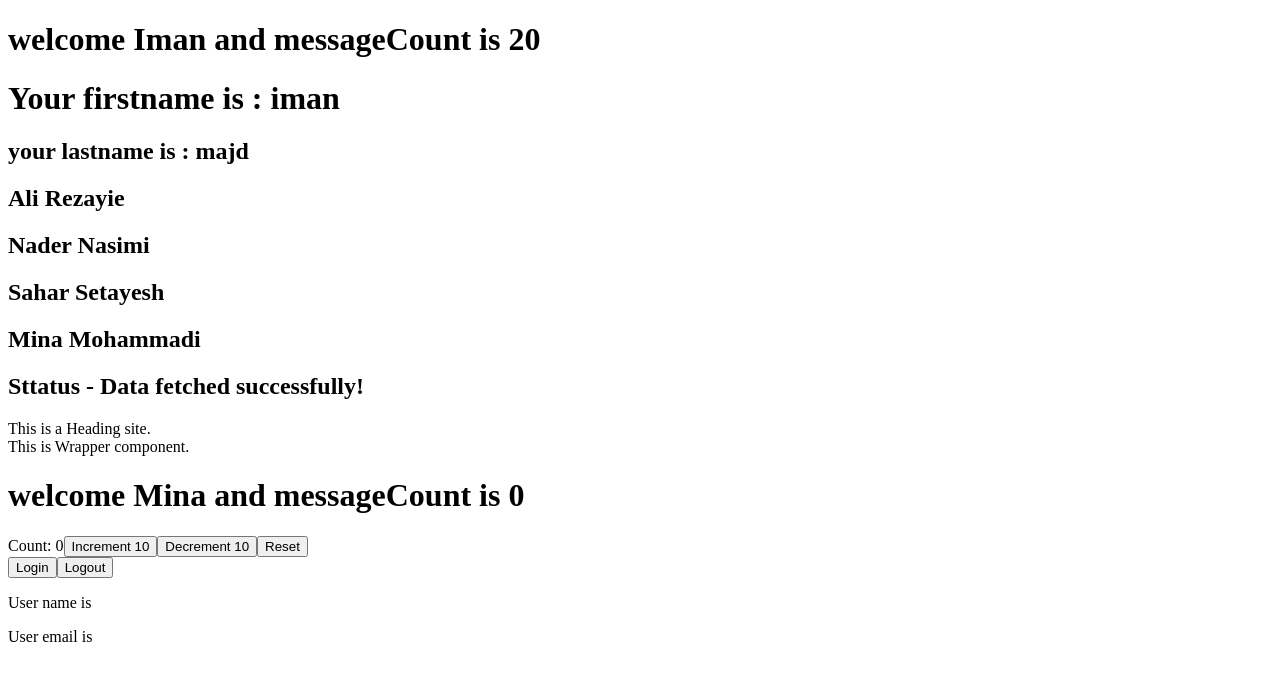
Repository: imangame2125/Typescript-learn-course
Page: /
These files come from the project's save history. The page is drawn as it stood at one moment and after a run of saves; the edit follows.
The browser window is 1280 px wide. The pictures show the whole page.
The project was rebuilt for these pictures with package versions that can differ from the ones it lists, and the page was loaded fresh each time.

Above is the page before, as saved 2023-09-30 18:18:08.

### src/App.tsx
import React from "react";
import { Greet } from "./components/pages/Greet";
import Person from "./components/pages/Person";
import PersonList from "./components/pages/PersonList";
import Status from "./components/pages/Status";
import Heading from "./components/pages/Heading";
import { Wrapper } from "./components/pages/Wrapper";
import User from "./components/pages/User";
import Container from "./components/pages/Counter";

function App() {
  const personName = {
    firstName: "iman",
    lastName: "majd",
  };

  const nameList = [
    {
      firstName:'Ali',
      lastName:'Rezayie'
    },


    {
      firstName:'Nader',
      lastName:'Nasimi'
    },


    {
      firstName:'Sahar',
      lastName:'Setayesh'
    },



    {
      firstName:'Mina',
      lastName:'Mohammadi'
    },
  ]
  return (
    <div className="App">
      <Greet name="Iman" messageCount={20} isLoggedIn={true} family={0} />
      <Person name={personName} />
      <PersonList names={nameList}/>
      <Status status="success"/>
      <Heading>
        This is a Heading site.
      </Heading>
      <Wrapper>
        <Heading>This is Wrapper component.</Heading>
      </Wrapper>
      <Greet name='Mina' isLoggedIn={true} family={0}/>
      <Container/>
      <User/>
    </div>
  );
}

export default App;

### src/components/pages/Greet.tsx
import React from "react";
import { GreetProps } from "../types/GreetProps";

//optional props

export const Greet = ({ name, messageCount = 0, isLoggedIn }: GreetProps) => {
  return (
    <div>
      {isLoggedIn ? (
        <h1>{`welcome ${name} and messageCount is ${messageCount}`}</h1>
      ) : (
        <h2>its bad...</h2>
      )}
    </div>
  );
};

### src/components/pages/Person.tsx
import React from "react";
import { PersonProps } from "../types/PersonProps";

const Person = ({ name: { firstName, lastName } }: PersonProps) => {
  return (
    <div>
      <h1>Your firstname is : {firstName}</h1>
      <h2>your lastname is : {lastName}</h2>
    </div>
  );
};

export default Person;

### src/components/pages/PersonList.tsx
import React from 'react'
import { Name } from '../types/PersonLIstProps'

type PersonsListProps = {
  names:Name[]
}

const PersonList = ({names}:PersonsListProps) => {
  return (
    <div>
        {names.map((name)=>{
            return(
                <h2 key={name.firstName}>{name.firstName} {name.lastName}</h2>
            )
        })}
    </div>
  )
}

export default PersonList

### src/components/pages/Status.tsx
import React from "react";
import { StatusProps } from "../types/StatusProps";
//a Union of string literals

const Status = ({ status }: StatusProps) => {
  let message;
  if (status === "loading") {
    message = "Loading...";
  } else if (status === "success") {
    message = "Data fetched successfully!";
  } else if (status === "error") {
    message = "Error fetching data";
  }
  return (
    <div>
        <h2>Sttatus - {message}</h2>
    </div>
  );
};

export default Status;

### src/components/pages/Heading.tsx
import React from "react";
import { HeadingProps } from "../types/HeadingProps";

//children props
const Heading = ({ children }: HeadingProps) => {
  return <div>{children}</div>;
};

export default Heading;

### src/components/pages/Wrapper.tsx
import React from "react";
import { WrapperProps } from "../types/WrapperProps";
//children props when type is React.ReactNode

export const Wrapper = ({ children }: WrapperProps) => {
  return <div>{children}</div>;
};

### src/components/pages/User.tsx
import React, { useState } from "react";
// import { UserProps } from "../types/UserProps";

type UserProps = {
  name: string;
  email: string;
};

const User = () => {
  const [user, setUser] = useState<UserProps>({} as UserProps);
  const handleLogin = () => {
    setUser({
      name: "iman",
      email: "imanclever51@gmail.com",
    });
  };

  const handleLogout = () => {
    setUser({
      name: "",
      email: "",
    });
  };
  return (
    <div>
      <button onClick={handleLogin}>Login</button>
      <button onClick={handleLogout}>Logout</button>
      <p>User name is {user.name} </p>
      <p>User email is {user.email}</p>
    </div>
  );
};

export default User;

### src/components/pages/Counter.tsx
import React, { useReducer } from "react";

function reducer(
  state: { count: number },
  action: { type: string; payload: number }
) {
  switch (action.type) {
    case "INCREMENT":
      return {
        count: state.count + action.payload,
      };
    case "resut":
      return {
        count: 10,
      };

    case "DECREMENT":
      return {
        count: state.count - action.payload,
      };
    default:
      return state;
  }
}

const Container = () => {
  const [state, dispatch] = useReducer(reducer, { count: 0 });

  const handleInc = () => {
    dispatch({
      type: "INCREMENT",
      payload: 10,
    });
  };

  const handleReset = ()=>{
    dispatch({
      type:'resut',

    })
  }

  const handleDic = () => {
    dispatch({
      type: "DECREMENT",
      payload: 10,
    });
  };
  return (
    <>
      Count: {state.count}
      {/* <button onClick={() => dispatch({ type: "INCREMENT", payload: 10 })}> */}
      <button onClick={handleInc}>Increment 10</button>
      {/* <button onClick={() => dispatch({ type: "DECREMENT", payload: 10 })}> */}
      <button onClick={handleDic}>Decrement 10</button>
      <button onClick={handleReset}>Reset</button>
    </>
  );
};

export default Container;

Loaded but not shown: public/index.html (common file); src/index.tsx (common file)

After the next 2 saves:
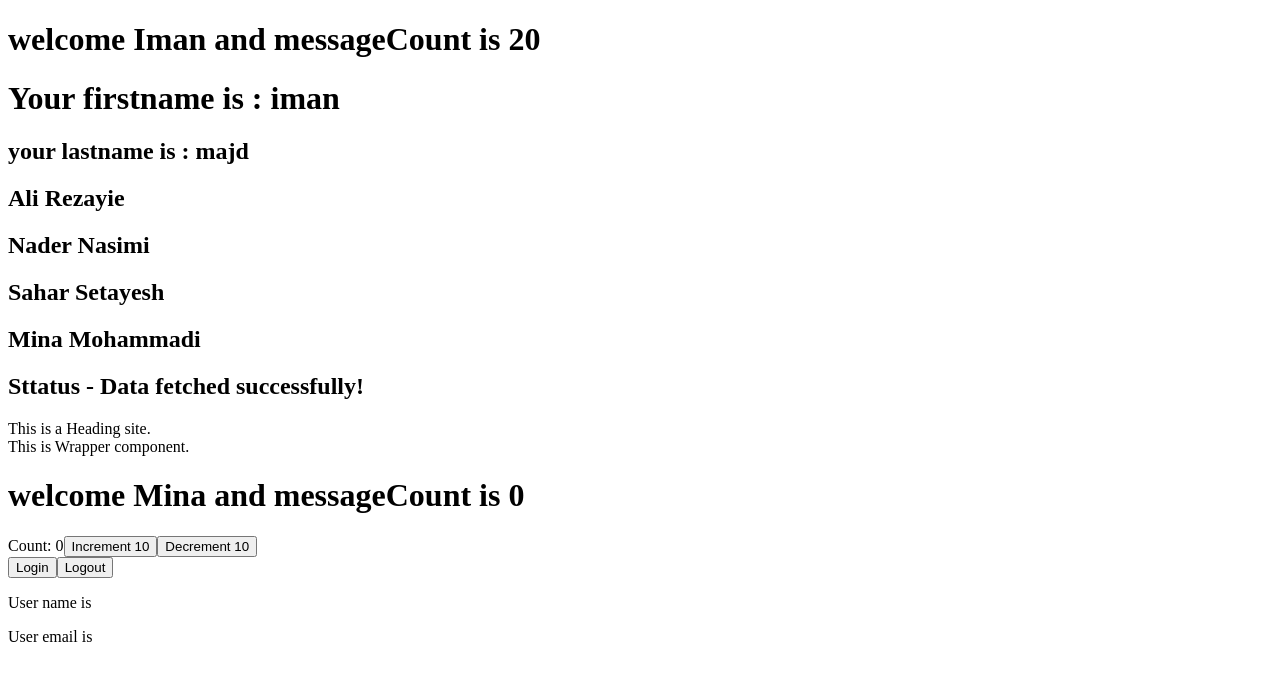
The 2 saves are shown as one change because they came seconds apart.
The last was saved 3 min 47 s later.
--- a/src/components/pages/Counter.tsx
+++ b/src/components/pages/Counter.tsx
@@ -33,12 +33,12 @@ const Container = () => {
     });
   };
 
-  const handleReset = ()=>{
-    dispatch({
-      type:'resut',
+  // const handleReset = ()=>{
+  //   dispatch({
+  //     type:'resut',
 
-    })
-  }
+  //   })
+  // }
 
   const handleDic = () => {
     dispatch({
@@ -53,7 +53,7 @@ const Container = () => {
       <button onClick={handleInc}>Increment 10</button>
       {/* <button onClick={() => dispatch({ type: "DECREMENT", payload: 10 })}> */}
       <button onClick={handleDic}>Decrement 10</button>
-      <button onClick={handleReset}>Reset</button>
+      {/* <button onClick={handleReset}>Reset</button> */}
     </>
   );
 };
